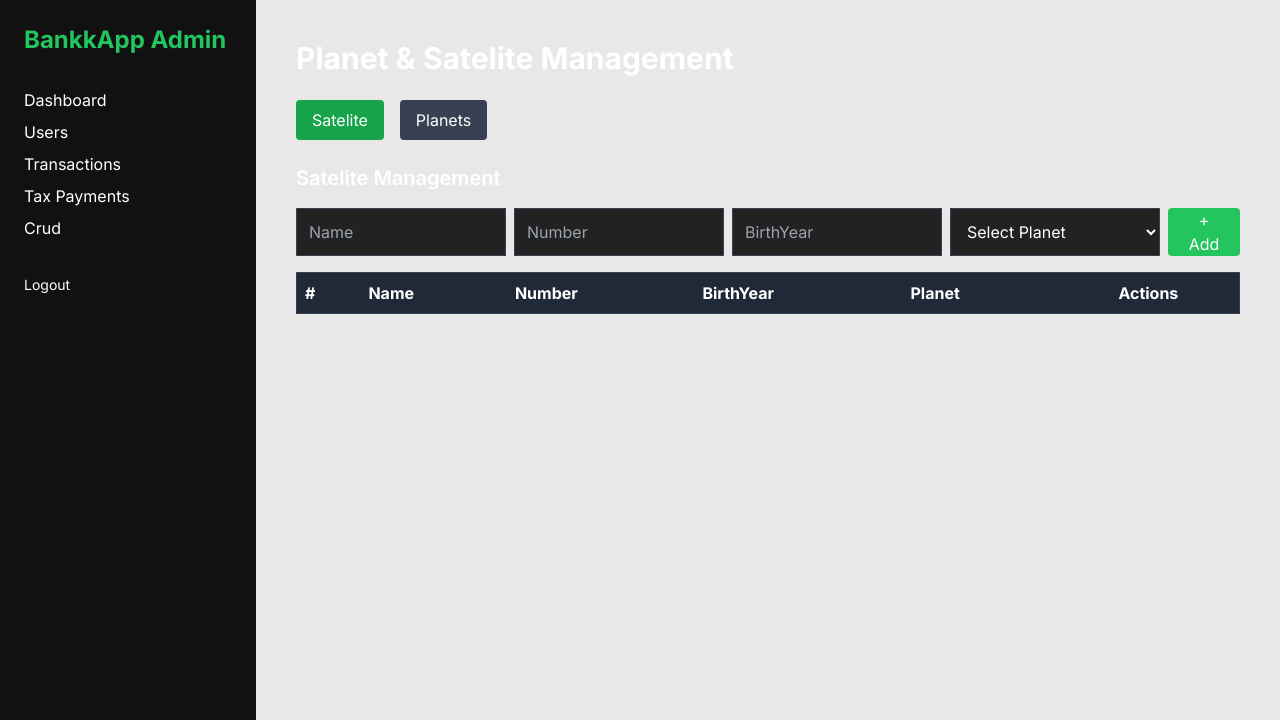
Repository: EraGashii/bnk_team
Page: /admin/crud (app in bnk/)
The author's editor kept a copy of each file at every save. The page is drawn from the files as they stood at one save, then again after the next save.
The browser window is 1280 px wide. The pictures show the whole page.
The page's requests for data from a server got no answer. The project was rebuilt for these pictures with package versions that can differ from the ones it lists, and the page was loaded fresh each time. The framework's server and built-in components were replaced by stand-ins that run in the browser. No one was signed in, and anything a server would have sent is missing. Also part of the build but not shown: bnk/next.config.mjs.

Above is the page before, as saved 2025-05-07 21:45:59.

### bnk/app/admin/crud/page.tsx
"use client";

import React, { useState, useEffect, ChangeEvent } from "react";
import {
    fetchSatelite,
  fetchPlanet,
  addSatelite,
 deleteSatelite,
  addPlanet,
  updatePlanet,
 deletePlanet,
} from "../../../CrudApi";
import { FiEdit, FiTrash2 } from "react-icons/fi";
import Link from "next/link";

interface Planet {
    PlanetId: number;
     Name: string;
     Type: string;
}

interface Satelite {
    Id: number;
    Name:string;
   PlanetId: number;
  Planet?:Planet;
}

const PlanetSateliteManager: React.FC = () => {
  const [tab, setTab] = useState<"Satelite" | "Planets">("Satelite");
  const [Planets, setPlanets] = useState<Planet[]>([]);
  const [Satelite, setSatelite] = useState<Satelite[]>([]);
  const [SateliteData, setSateliteData] = useState({  Name:"", PlanetId: "" });
  const [Name, setName] = useState<string>("");
  const [Type, setType] = useState<string>("");

  const [editPlanet, setEditPlanet] = useState<Planet | null>(null);

  useEffect(() => {
    loadPlanets();
    loadSatelite();
  }, []);

  const loadPlanets = async () => {
    const data = await fetchPlanet();
    setPlanets(data);
  };

  const loadSatelite = async () => {
    const data = await fetchSatelite();
    setSatelite(data);
  };

  const handleSateliteInput = (e: ChangeEvent<HTMLInputElement | HTMLSelectElement>) => {
    setSateliteData({ ...SateliteData, [e.target.name]: e.target.value });
  };

  const handleAddSatelite = async () => {
    const fixedData = {
        ...SateliteData,
        PlanetId:Number(SateliteData.PlanetId), // convert to number
      };
    await addSatelite(fixedData);
    setSateliteData({ Name:"", PlanetId: "" });
    loadSatelite();
  };


  const handleDeleteSatelite = async(id:number) => {
   await deleteSatelite(id);
    loadSatelite();
  };

  const handleAddPlanet = async () => {
    if (!Name.trim()) return alert("Planet name is required");
    await addPlanet( Name);
    setName("");
    setType("");
    loadPlanets();
  };

  const handleUpdatePlanet = async () => {
    if (editPlanet) {
      await updatePlanet(editPlanet.PlanetId, Name,Type);
      setEditPlanet(null);
      setName("");
      setType("");
      loadPlanets();
    }
  };

  const handleDeletePlanet = async (id:number) => {
    if (window.confirm("Are you sure you want to delete this Planet?")) {
        await  deletePlanet(id);
      loadPlanets();
    }
  };

  return (
    <div className="flex min-h-screen bg-background text-white">
      {/* Sidebar */}
      <aside className="w-64 bg-[#111] text-white p-6 space-y-8">
        <h2 className="text-2xl font-bold text-green-500">BankkApp Admin</h2>
        <nav className="space-y-2">
          <Link href="/dashboard" className="block hover:text-green-400">Dashboard</Link>
          <Link href="/users" className="block hover:text-green-400">Users</Link>
          <Link href="/transactions" className="block hover:text-green-400">Transactions</Link>
          <Link href="/tax-payments" className="block hover:text-green-400">Tax Payments</Link>
          <Link href="/admin/crud" className="block hover:text-green-400">Crud</Link>
        </nav>
        <div className="mt-auto">
          <button className="text-sm hover:text-red-500">Logout</button>
        </div>
      </aside>

      {/* Main Content */}
      <main className="flex-1 p-10">
        <h1 className="text-3xl font-bold mb-6">Planet & Satelite Management</h1>
        <div className="flex space-x-4 mb-6">
          <button className={`px-4 py-2 rounded ${tab === "Satelite" ? "bg-green-600 text-white" : "bg-gray-700"}`} onClick={() => setTab("Satelite")}>Satelite</button>
          <button className={`px-4 py-2 rounded ${tab === "Planets" ? "bg-green-600 text-white" : "bg-gray-700"}`} onClick={() => setTab("Planets")}>Planets</button>
        </div>

        {tab === "Satelite" && (
          <div>
            <h2 className="text-xl font-semibold mb-4">Satelite Management</h2>
            <div className="flex gap-2 mb-4">
              <input type="text" name="Name" placeholder="Name" value={SateliteData.Name} onChange={handleSateliteInput} className="bg-[#222] text-white border border-gray-700 px-3 py-2 w-1/4" />
              <input type="number" name="Number" placeholder="Number" value={SateliteData.Number} onChange={handleSateliteInput} className="bg-[#222] text-white border border-gray-700 px-3 py-2 w-1/4" />
              <input type="number" name="BirthYear" placeholder="BirthYear" value={SateliteData.BirthYear} onChange={handleSateliteInput} className="bg-[#222] text-white border border-gray-700 px-3 py-2 w-1/4" />
              <select name="PlanetId" value={SateliteData.PlanetId} onChange={handleSateliteInput} className="bg-[#222] text-white border border-gray-700 px-3 py-2 w-1/4">
                <option value="">Select Planet</option>
                {Planets.map((t) => <option key={t.PlanetId} value={t.PlanetId}>{t.Name}</option>)}
              </select>
              <button onClick={handleAddSatelite} className="bg-green-500 text-white px-4 rounded">+ Add</button>
            </div>

            <table className="min-w-full border border-gray-700">
              <thead className="bg-gray-800 text-white">
                <tr>
                  <th className="p-2 text-left">#</th>

                  <th className="p-2 text-left"> Name</th>
                  <th className="p-2 text-left"> Number</th>
                  <th className="p-2 text-left"> BirthYear</th>
                  <th className="p-2 text-left">Planet</th>
                  <th className="p-2 text-center">Actions</th>
                </tr>
              </thead>
              <tbody className="bg-[#111]">
                {Satelite.map((p, i) => (
                  <tr key={p.Id} className="border-t border-gray-700">
                    <td className="p-2">{i + 1}</td>
                    <td className="p-2">{p.Name}</td>
                    <td className="p-2">{p.Number}</td>
                    <td className="p-2">{p.BirthYear}</td>
                    <td className="p-2">{p.Planet?.Name ||"N/A"}</td>
                    <td className="p-2 text-center">
                      <button className="text-red-500 hover:text-red-600" onClick={() => handleDeleteSatelite(p.Id)}>
                        <FiTrash2 size={18} />
                      </button>
                    </td>
                  </tr>
                ))}
              </tbody>
            </table>
          </div>
        )}

        {tab === "Planets" && (
          <div>
            <h2 className="text-xl font-semibold mb-4">Planets Management</h2>
            <div className="flex mb-4">
              <input
                type="text"
                className="bg-[#222] text-white border border-gray-700 px-3 py-2 mr-2 w-full"
                placeholder="Enter Planet name"
                value={Name}
                onChange={(e) => setName(e.target.value)}
              />


              {editPlanet ? (
                <button className="bg-yellow-500 text-white px-4 rounded" onClick={handleUpdatePlanet}>Update</button>
              ) : (
                <button className="bg-green-500 text-white px-4 rounded" onClick={handleAddPlanet}>Add</button>
              )}
            </div>

            <table className="min-w-full border border-gray-700">
              <thead className="bg-gray-800 text-white">
                <tr>
                  <th className="p-2 text-left">#</th>
                  <th className="p-2 text-left">Planet Name</th>
                  <th className="p-2 text-center">Actions</th>
                </tr>
              </thead>
              <tbody className="bg-[#111]">
                {Planets.map((Planet,i) => (
                  <tr key={Planet.PlanetId} className="border-t border-gray-700">
                    <td className="p-2">{i + 1}</td>
                    <td className="p-2">{Planet.Name}</td>

                    <td className="p-2 text-center space-x-3">
                      <button className="text-yellow-500 hover:text-yellow-600" onClick={() => { setEditPlanet(Planet);}}>
                        <FiEdit size={18} />
                      </button>
                      <button className="text-red-500 hover:text-red-600" onClick={() => handleDeletePlanet(Planet.PlanetId)}>
                        <FiTrash2 size={18} />
                      </button>
                    </td>
                  </tr>
                ))}
              </tbody>
            </table>
          </div>
        )}
      </main>
    </div>
  );
};

export default PlanetSateliteManager;

### bnk/app/globals.css
@tailwind base;
@tailwind components;
@tailwind utilities;

body {
  font-family: Arial, Helvetica, sans-serif;
}

@layer utilities {
  .text-balance {
    text-wrap: balance;
  }
}

@layer base {
  :root {
    --background: 0 0% 91%;
    --foreground: 0 0% 5%;
    --card: 0 0% 83%;
    --card-foreground: 0 0% 5%;
    --popover: 0 0% 83%;
    --popover-foreground: 0 0% 5%;
    --primary: 149 96% 65%;
    --primary-foreground: 0 0% 5%;
    --secondary: 179 96% 69%;
    --secondary-foreground: 0 0% 5%;
    --muted: 0 0% 68%;
    --muted-foreground: 0 0% 30%;
    --accent: 119 96% 61%;
    --accent-foreground: 0 0% 5%;
    --destructive: 346 92% 55%;
    --destructive-foreground: 0 0% 100%;
    --border: 0 0% 76%;
    --input: 0 0% 77%;
    --ring: 152 96% 55%;
    --chart-1: 149 96% 55%;
    --chart-2: 299 96% 55%;
    --chart-3: 359 96% 55%;
    --chart-4: 119 96% 55%;
    --chart-5: 179 96% 55%;
    --radius: 0.25rem;
    --sidebar-background: 0 0% 98%;
    --sidebar-foreground: 240 5.3% 26.1%;
    --sidebar-primary: 240 5.9% 10%;
    --sidebar-primary-foreground: 0 0% 98%;
    --sidebar-accent: 240 4.8% 95.9%;
    --sidebar-accent-foreground: 240 5.9% 10%;
    --sidebar-border: 220 13% 91%;
    --sidebar-ring: 217.2 91.2% 59.8%;
  }

  .dark {
    --background: 0 0% 2%;
    --foreground: 0 0% 95%;
    --card: 0 0% 6%;
    --card-foreground: 0 0% 95%;
    --popover: 0 0% 6%;
    --popover-foreground: 0 0% 95%;
    --primary: 149 96% 43%;
    --primary-foreground: 0 0% 5%;
    --secondary: 179 96% 45%;
    --secondary-foreground: 0 0% 5%;
    --muted: 0 0% 32%;
    --muted-foreground: 0 0% 70%;
    --accent: 119 96% 42%;
    --accent-foreground: 0 0% 100%;
    --destructive: 346 92% 36%;
    --destructive-foreground: 0 0% 100%;
    --border: 0 0% 21%;
    --input: 0 0% 16%;
    --ring: 152 96% 55%;
    --chart-1: 149 96% 55%;
    --chart-2: 299 96% 55%;
    --chart-3: 359 96% 55%;
    --chart-4: 119 96% 55%;
    --chart-5: 179 96% 55%;
    --sidebar-background: 240 5.9% 10%;
    --sidebar-foreground: 240 4.8% 95.9%;
    --sidebar-primary: 224.3 76.3% 48%;
    --sidebar-primary-foreground: 0 0% 100%;
    --sidebar-accent: 240 3.7% 15.9%;
    --sidebar-accent-foreground: 240 4.8% 95.9%;
    --sidebar-border: 240 3.7% 15.9%;
    --sidebar-ring: 217.2 91.2% 59.8%;
  }
}

@layer base {
  * {
    @apply border-border;
  }
  body {
    @apply bg-background text-foreground;
  }
}

/* Ngjyra e sfondit bazuar në temën */
body.dark {
  background-color: #000;
  color: white;
}

body.light {
  background-color: #f3f4f6;
  color: black;
}

/* Stili për butonin e temës */
button {
  transition: all 0.3s ease;
}

### bnk/CrudApi.js
import axios from "axios";

const API_URL = "http://localhost:4000/api";

const api = axios.create({ baseURL: API_URL });

// 🧠 TEAM
export const fetchPlanet = async () => (await api.get("/Planet")).data;
export const addPlanet = async (Name,Type) => api.post("/Planet", { Name:Name ,Type:Type});
export const updatePlanet = async (id,Name,Type) => api.put(`/Planet/${id}`, { Name:Name,Type:Type});
export const deletePlanet = async (id) => api.delete(`/Planet/${id}`);

// 👤 PLAYER
export const fetchSatelite = async () => (await api.get("/Satelite")).data;
export const addSatelite = async (Satelite) => api.post("/Satelite", Satelite);
export const deleteSatelite = async (id) => api.delete(`/Satelite/${id}`);

Loaded but not shown: bnk/app/layout.tsx (common file); bnk/tailwind.config.ts (common file)

After the next save:
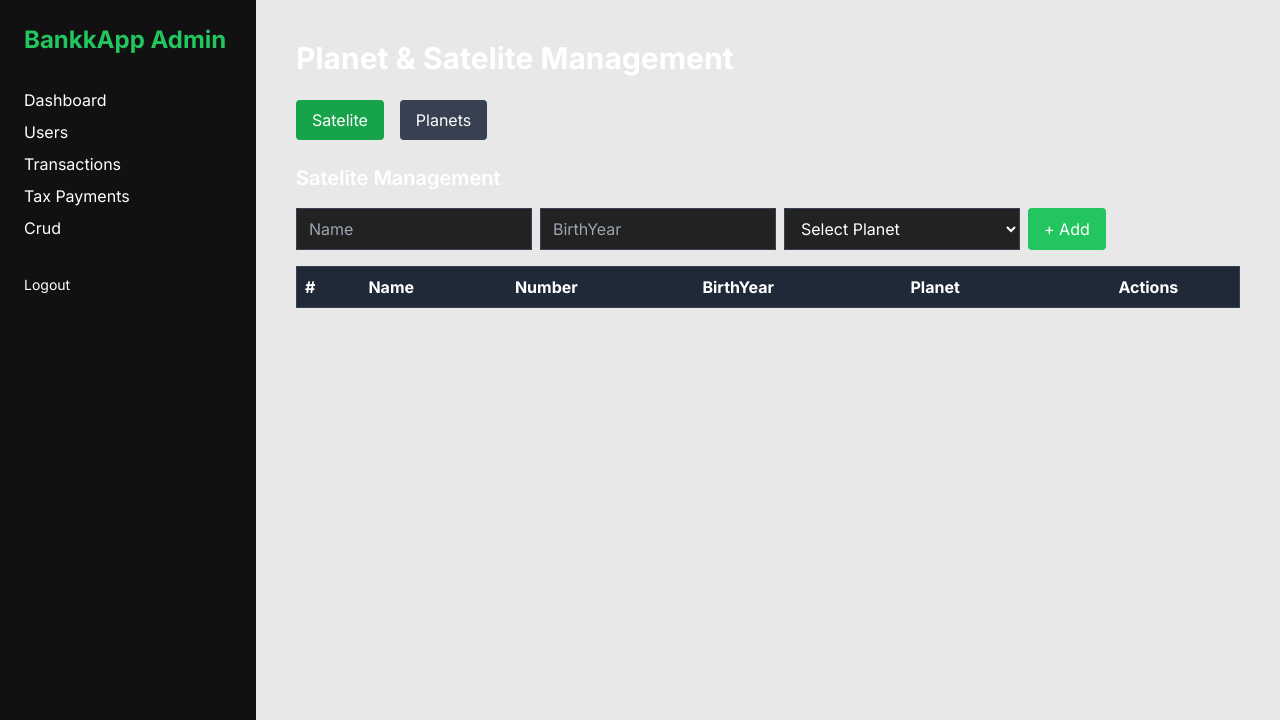
Saved 10 s later.
--- a/bnk/app/admin/crud/page.tsx
+++ b/bnk/app/admin/crud/page.tsx
@@ -126,7 +126,7 @@ const PlanetSateliteManager: React.FC = () => {
             <h2 className="text-xl font-semibold mb-4">Satelite Management</h2>
             <div className="flex gap-2 mb-4">
               <input type="text" name="Name" placeholder="Name" value={SateliteData.Name} onChange={handleSateliteInput} className="bg-[#222] text-white border border-gray-700 px-3 py-2 w-1/4" />
-              <input type="number" name="Number" placeholder="Number" value={SateliteData.Number} onChange={handleSateliteInput} className="bg-[#222] text-white border border-gray-700 px-3 py-2 w-1/4" />
+
               <input type="number" name="BirthYear" placeholder="BirthYear" value={SateliteData.BirthYear} onChange={handleSateliteInput} className="bg-[#222] text-white border border-gray-700 px-3 py-2 w-1/4" />
               <select name="PlanetId" value={SateliteData.PlanetId} onChange={handleSateliteInput} className="bg-[#222] text-white border border-gray-700 px-3 py-2 w-1/4">
                 <option value="">Select Planet</option>
